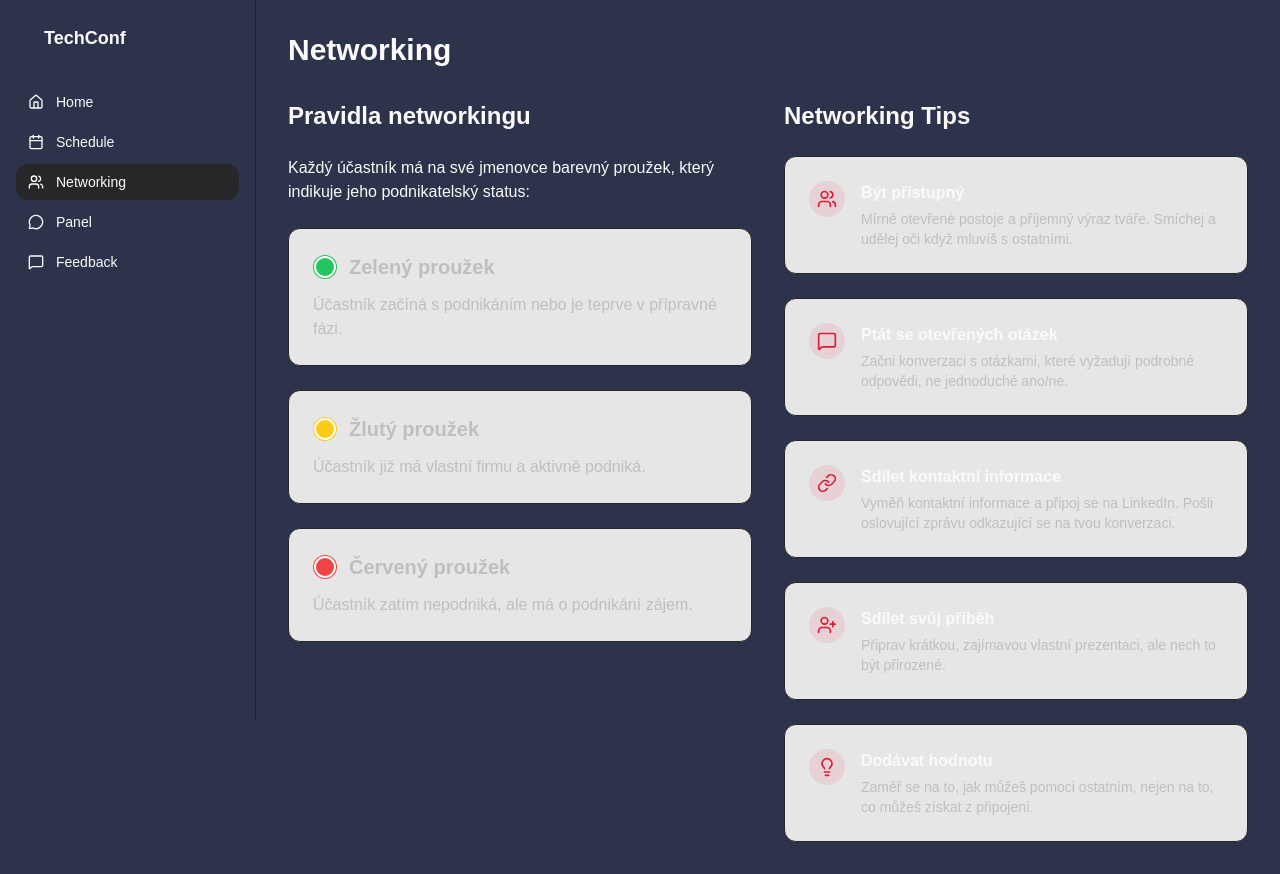
Repository: mrnavdal/symposium-2024
Page: /networking (app in symposium24/)
The author's editor kept a copy of each file at every save. The page is drawn from the files as they stood at one save, then again after the next save.
The browser window is 1280 px wide. The pictures show the whole page.
The project was rebuilt for these pictures with package versions that can differ from the ones it lists, and the page was loaded fresh each time. The framework's server and built-in components were replaced by stand-ins that run in the browser. Also part of the build but not shown: symposium24/next.config.ts, symposium24/src/styles/calendar.css.

Above is the page before, as saved 2024-11-08 14:50:38.

### symposium24/src/app/layout.tsx
import type { Metadata } from "next";
import localFont from "next/font/local";
import { ThemeProvider } from 'next-themes';
import { Navigation } from "@/components/Navigation";
import "./globals.css";
import '@/styles/calendar.css'

const geistSans = localFont({
  src: "./fonts/GeistVF.woff",
  variable: "--font-geist-sans",
  weight: "100 900",
});
const geistMono = localFont({
  src: "./fonts/GeistMonoVF.woff",
  variable: "--font-geist-mono",
  weight: "100 900",
});

export const metadata: Metadata = {
  title: "TechConf 2024",
  description: "Conference schedule and information",
};

export default function RootLayout({
  children,
}: Readonly<{
  children: React.ReactNode;
}>) {
  return (
    <html lang="en" suppressHydrationWarning>
      <body className={`${geistSans.variable} ${geistMono.variable} antialiased min-h-screen`}>
        <ThemeProvider
          attribute="class"
          defaultTheme="dark"
          enableSystem
          disableTransitionOnChange
        >
          <Navigation />
          <main className="pb-16 md:pb-0 md:pl-64">
            {children}
          </main>
        </ThemeProvider>
      </body>
    </html>
  );
}

### symposium24/src/app/networking/page.tsx
import { PageTransition } from '@/components/PageTransition'
import { Container } from '@/components/ui/container'
import { BadgeDescriptions } from '@/components/NetworkingEvents'
import { NetworkingTips } from '@/components/NetworkingTips'

export default function NetworkingPage() {
  return (
    <PageTransition>
      <Container className="py-8">
        <h1 className="text-3xl font-bold mb-8">Networking</h1>
        <div className="grid gap-8 md:grid-cols-2">
          <BadgeDescriptions />
          <NetworkingTips />
        </div>
      </Container>
    </PageTransition>
  )
}

### symposium24/src/components/Navigation.tsx
'use client'

import { usePathname } from 'next/navigation'
import Link from 'next/link'
import { cn } from '@/lib/utils'
import {
  Home,
  Calendar,
  Users,
  MessageCircle,
  MessageSquare,
  LucideIcon
} from 'lucide-react'

interface NavItem {
  href: string
  label: string
  icon: LucideIcon
}

const navItems: NavItem[] = [
  { href: '/', label: 'Home', icon: Home },
  { href: '/schedule', label: 'Schedule', icon: Calendar },
  { href: '/networking', label: 'Networking', icon: Users },
  { href: '/discussion', label: 'Panel', icon: MessageCircle },
  { href: '/feedback', label: 'Feedback', icon: MessageSquare },
]

export function Navigation() {
  const pathname = usePathname()

  return (
    <>
      {/* Desktop Side Navigation */}
      <nav className="hidden md:flex fixed left-0 top-0 h-screen w-64 border-r bg-background p-4">
        <div className="space-y-4 w-full">
          <div className="px-3 py-2">
            <h2 className="mb-2 px-4 text-lg font-semibold">TechConf</h2>
          </div>
          <div className="space-y-1">
            {navItems.map((item) => (
              <Link
                key={item.href}
                href={item.href}
                className={cn(
                  'flex items-center gap-3 rounded-lg px-3 py-2 text-sm transition-colors',
                  pathname === item.href
                    ? 'bg-secondary text-secondary-foreground'
                    : 'hover:bg-secondary/80'
                )}
              >
                <item.icon className="h-4 w-4" />
                {item.label}
              </Link>
            ))}
          </div>
        </div>
      </nav>

      {/* Mobile Bottom Navigation */}
      <nav className="md:hidden fixed bottom-0 left-0 right-0 border-t bg-background z-50">
        <div className="flex items-center justify-around">
          {navItems.map((item) => (
            <Link
              key={item.href}
              href={item.href}
              className={cn(
                'flex flex-col items-center gap-1 p-3 text-xs',
                pathname === item.href
                  ? 'text-primary'
                  : 'text-muted-foreground'
              )}
            >
              <item.icon className="h-5 w-5" />
              <span>{item.label}</span>
            </Link>
          ))}
        </div>
      </nav>

      {/* Content Padding for Mobile Bottom Nav */}
      <div className="pb-4 md:pb-0 md:pl-64">
        {/* This div wraps the main content to provide padding */}
      </div>
    </>
  )
}

### symposium24/src/app/globals.css
@tailwind base;
@tailwind components;
@tailwind utilities;

body {
  font-family: Arial, Helvetica, sans-serif;
  margin: 0;
  padding: 0;
}

@layer base {
  :root {
    --background: 0 0% 100%;
    --foreground: 240 10% 3.9%;
    --card: 0 0% 100%;
    --card-foreground: 240 10% 3.9%;
    --popover: 0 0% 100%;
    --popover-foreground: 240 10% 3.9%;
    --primary: 240 5.9% 10%;
    --primary-foreground: 0 0% 98%;
    --secondary: 240 4.8% 95.9%;
    --secondary-foreground: 240 5.9% 10%;
    --muted: 240 4.8% 95.9%;
    --muted-foreground: 240 3.8% 46.1%;
    --accent: 240 4.8% 95.9%;
    --accent-foreground: 240 5.9% 10%;
    --destructive: 0 84.2% 60.2%;
    --destructive-foreground: 0 0% 98%;
    --leading-text: 240 25% 24%;
    --border: 240 5.9% 90%;
    --input: 240 5.9% 90%;
    --ring: 240 5.9% 10%;
    --chart-1: 12 76% 61%;
    --chart-2: 173 58% 39%;
    --chart-3: 197 37% 24%;
    --chart-4: 43 74% 66%;
    --chart-5: 27 87% 67%;
    --radius: 0.75rem;
  }
  .dark {
    --background: 230 25% 24%;
    --foreground: 0 0% 98%;
    --card: 0 0% 90%;
    --card-foreground: 230 25% 24%;;
    --popover: 240 10% 3.9%;
    --popover-foreground: 0 0% 98%;
    --primary: 352 79% 49%;
    --primary-foreground: 0 0% 98%;
    --secondary: 240 3.7% 15.9%;
    --secondary-foreground: 0 0% 98%;
    --muted: 240 3.7% 15.9%;
    --muted-foreground: 0 0% 75%;
    --accent: 352 79% 49%;
    --accent-foreground: 0 0% 98%;
    --destructive: 0 62.8% 30.6%;
    --destructive-foreground: 0 0% 98%;
    --border: 240 3.7% 15.9%;
    --input: 240 3.7% 15.9%;
    --ring: 240 4.9% 83.9%;
    --chart-1: 220 70% 50%;
    --chart-2: 160 60% 45%;
    --chart-3: 30 80% 55%;
    --chart-4: 280 65% 60%;
    --chart-5: 340 75% 55%;
    --leading-text: 230 25% 24%;
  }
}

@layer base {
  * {
    @apply border-border;
  }
  body {
    @apply bg-background text-foreground;
  }
}

.page {
  margin-top: 0;
}

### symposium24/src/components/PageTransition.tsx
'use client'

import { motion } from 'framer-motion'
import { fadeIn } from '@/lib/animations'

interface PageTransitionProps {
  children: React.ReactNode
  className?: string
}

export function PageTransition({ children, className }: PageTransitionProps) {
  return (
    <motion.div
      variants={fadeIn}
      initial="initial"
      animate="animate"
      exit="exit"
      className={className}
    >
      {children}
    </motion.div>
  )
}

### symposium24/src/components/ui/container.tsx
import { cn } from '@/lib/utils'

interface ContainerProps extends React.HTMLAttributes<HTMLDivElement> {}

export function Container({ className, ...props }: ContainerProps) {
  return (
    <div
      className={cn('mx-auto max-w-7xl px-4 sm:px-6 lg:px-8', className)}
      {...props}
    />
  )
}

### symposium24/src/components/NetworkingEvents.tsx
'use client'

import { AnimatedCard } from './ui/animated-card'
import { Circle } from 'lucide-react'

interface NetworkingRule {
  id: string
  color: string
  title: string
  description: string
  textColor: string
}

const networkingRules: NetworkingRule[] = [
  {
    id: '1',
    color: 'bg-green-500',
    textColor: 'text-green-500',
    title: 'Zelený proužek',
    description: 'Účastník začíná s podnikáním nebo je teprve v přípravné fázi.'
  },
  {
    id: '2',
    color: 'bg-yellow-500',
    textColor: 'text-yellow-500',
    title: 'Žlutý proužek',
    description: 'Účastník již má vlastní firmu a aktivně podniká.'
  },
  {
    id: '3',
    color: 'bg-red-500',
    textColor: 'text-red-500',
    title: 'Červený proužek',
    description: 'Účastník zatím nepodniká, ale má o podnikání zájem.'
  }
]

export function BadgeDescriptions() {
  return (
    <div className="space-y-6">
      <h2 className="text-2xl dark:leading-text leading-text font-semibold mb-4">Pravidla networkingu</h2>
      <p className="text-foreground mb-6">
        Každý účastník má na své jmenovce barevný proužek, který indikuje jeho podnikatelský status:
      </p>
      {networkingRules.map((rule) => (
        <AnimatedCard
          key={rule.id}
          delay={parseInt(rule.id) * 0.1}
          className="hover:shadow-md transition-shadow"
        >
          <div className="flex items-center gap-3 mb-3">
            <Circle className={`h-6 w-6 ${rule.color} rounded-full`} />
            <h3 className="text-xl text-muted-foreground font-semibold">{rule.title}</h3>
          </div>
          <p className="text-muted-foreground">{rule.description}</p>
        </AnimatedCard>
      ))}
    </div>
  )
}

### symposium24/src/components/NetworkingTips.tsx
'use client'

import { AnimatedCard } from './ui/animated-card'
import { Lightbulb, Users, MessageSquare, Link, UserPlus } from 'lucide-react'

interface NetworkingTip {
  icon: typeof Lightbulb
  title: string
  description: string
}

const networkingTips: NetworkingTip[] = [
  {
    icon: Users,
    title: 'Být přístupný',
    description: 'Mírně otevřené postoje a příjemný výraz tváře. Smíchej a udělej oči když mluvíš s ostatními.'
  },
  {
    icon: MessageSquare,
    title: 'Ptát se otevřených otázek',
    description: 'Začni konverzaci s otázkami, které vyžadují podrobné odpovědi, ne jednoduché ano/ne.'
  },
  {
    icon: Link,
    title: 'Sdílet kontaktní informace',
    description: 'Vyměň kontaktní informace a připoj se na LinkedIn. Pošli oslovující zprávu odkazující se na tvou konverzaci.'
  },
  {
    icon: UserPlus,
    title: 'Sdílet svůj příběh',
    description: 'Připrav krátkou, zajímavou vlastní prezentaci, ale nech to být přirozené.'
  },
  {
    icon: Lightbulb,
    title: 'Dodávat hodnotu',
    description: 'Zaměř se na to, jak můžeš pomoci ostatním, nejen na to, co můžeš získat z připojení.'
  }
]

export function NetworkingTips() {
  return (
    <div className="space-y-6">
      <h2 className="text-2xl font-semibold mb-4">Networking Tips</h2>
      {networkingTips.map((tip, index) => (
        <AnimatedCard
          key={tip.title}
          delay={index * 0.1}
          className="hover:shadow-md transition-shadow"
        >
          <div className="flex items-start gap-4">
            <div className="p-2 rounded-full bg-primary/10">
              <tip.icon className="h-5 w-5 text-primary" />
            </div>
            <div>
              <h3 className="font-semibold mb-1">{tip.title}</h3>
              <p className="text-sm text-muted-foreground">{tip.description}</p>
            </div>
          </div>
        </AnimatedCard>
      ))}
    </div>
  )
}

### symposium24/src/lib/animations.ts
export const fadeIn = {
  initial: { opacity: 0, y: 20 },
  animate: { opacity: 1, y: 0 },
  exit: { opacity: 0, y: 20 }
}

export const staggerContainer = {
  animate: {
    transition: {
      staggerChildren: 0.1
    }
  }
}

export const slideIn = {
  initial: { x: -20, opacity: 0 },
  animate: { x: 0, opacity: 1 },
  exit: { x: 20, opacity: 0 }
}

export const scaleIn = {
  initial: { scale: 0.9, opacity: 0 },
  animate: { scale: 1, opacity: 1 },
  exit: { scale: 0.9, opacity: 0 }
}

### symposium24/src/components/ui/animated-card.tsx
'use client'

import { motion } from 'framer-motion'
import { scaleIn } from '@/lib/animations'
import { cn } from '@/lib/utils'

interface AnimatedCardProps extends React.HTMLAttributes<HTMLDivElement> {
  delay?: number
}

export function AnimatedCard({
  children,
  className,
  delay = 0,
  ...props
}: AnimatedCardProps) {
  return (
    <motion.div
      variants={scaleIn}
      initial="initial"
      whileInView="animate"
      exit="exit"
      viewport={{ once: true }}
      transition={{ delay }}
      className={cn(
        'rounded-lg border bg-card p-6 shadow-sm',
        className
      )}
      {...(props as any)} // Type assertion to fix incompatible event handler types
    >
      {children}
    </motion.div>
  )
}

### symposium24/tailwind.config.ts
import type { Config } from "tailwindcss";

export default {
    darkMode: ["class"],
    content: [
    "./src/pages/**/*.{js,ts,jsx,tsx,mdx}",
    "./src/components/**/*.{js,ts,jsx,tsx,mdx}",
    "./src/app/**/*.{js,ts,jsx,tsx,mdx}",
  ],
  theme: {
  	extend: {
  		colors: {
  			background: 'hsl(var(--background))',
  			foreground: 'hsl(var(--foreground))',
  			card: {
  				DEFAULT: 'hsl(var(--card))',
  				foreground: 'hsl(var(--card-foreground))'
  			},
  			popover: {
  				DEFAULT: 'hsl(var(--popover))',
  				foreground: 'hsl(var(--popover-foreground))'
  			},
  			primary: {
  				DEFAULT: 'hsl(var(--primary))',
  				foreground: 'hsl(var(--primary-foreground))'
  			},
  			secondary: {
  				DEFAULT: 'hsl(var(--secondary))',
  				foreground: 'hsl(var(--secondary-foreground))'
  			},
  			muted: {
  				DEFAULT: 'hsl(var(--muted))',
  				foreground: 'hsl(var(--muted-foreground))'
  			},
  			accent: {
  				DEFAULT: 'hsl(var(--accent))',
  				foreground: 'hsl(var(--accent-foreground))'
  			},
  			destructive: {
  				DEFAULT: 'hsl(var(--destructive))',
  				foreground: 'hsl(var(--destructive-foreground))'
  			},
  			border: 'hsl(var(--border))',
  			input: 'hsl(var(--input))',
  			ring: 'hsl(var(--ring))',
  			chart: {
  				'1': 'hsl(var(--chart-1))',
  				'2': 'hsl(var(--chart-2))',
  				'3': 'hsl(var(--chart-3))',
  				'4': 'hsl(var(--chart-4))',
  				'5': 'hsl(var(--chart-5))'
  			},
  			green: {
  				500: '#22c55e', // Zelená
  				600: '#16a34a', // Tmavší zelená
  			},
  			yellow: {
  				500: '#facc15', // Žlutá
  				600: '#eab308', // Tmavší žlutá
  			},
  			red: {
  				500: '#ef4444', // Červená
  				600: '#dc2626', // Tmavší červená
  			},
  		},
  		borderRadius: {
  			lg: 'var(--radius)',
  			md: 'calc(var(--radius) - 2px)',
  			sm: 'calc(var(--radius) - 4px)'
  		}
  	}
  },
  plugins: [
    require("tailwindcss-animate"),
    require('@tailwindcss/typography'),
  ],
} satisfies Config;

Loaded but not shown: symposium24/src/lib/utils.ts (common file)

After the next save:
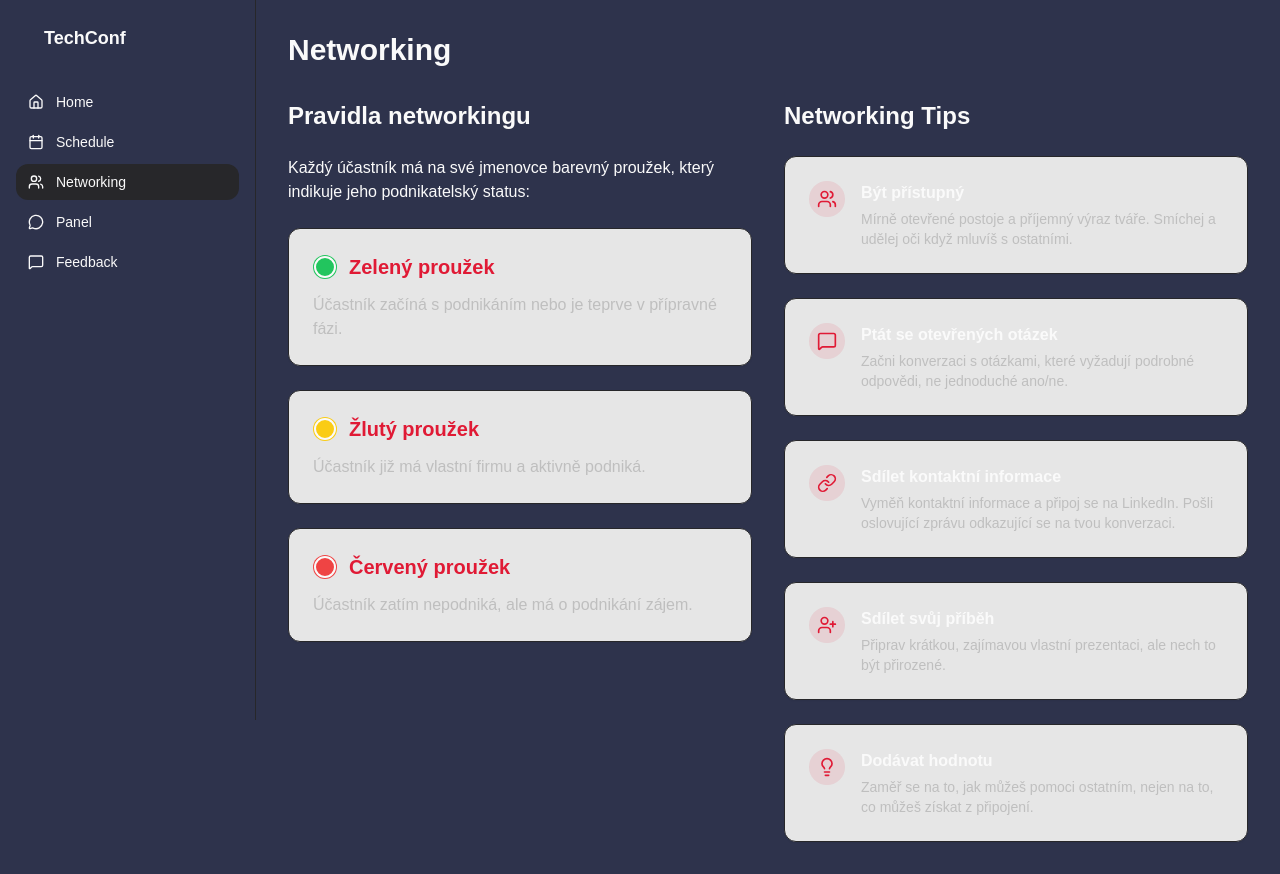
Saved 25 s later.
--- a/symposium24/src/components/NetworkingEvents.tsx
+++ b/symposium24/src/components/NetworkingEvents.tsx
@@ -50,7 +50,7 @@ export function BadgeDescriptions() {
         >
           <div className="flex items-center gap-3 mb-3">
             <Circle className={`h-6 w-6 ${rule.color} rounded-full`} />
-            <h3 className="text-xl text-muted-foreground font-semibold">{rule.title}</h3>
+            <h3 className="text-xl text-primary font-semibold">{rule.title}</h3>
           </div>
           <p className="text-muted-foreground">{rule.description}</p>
         </AnimatedCard>
